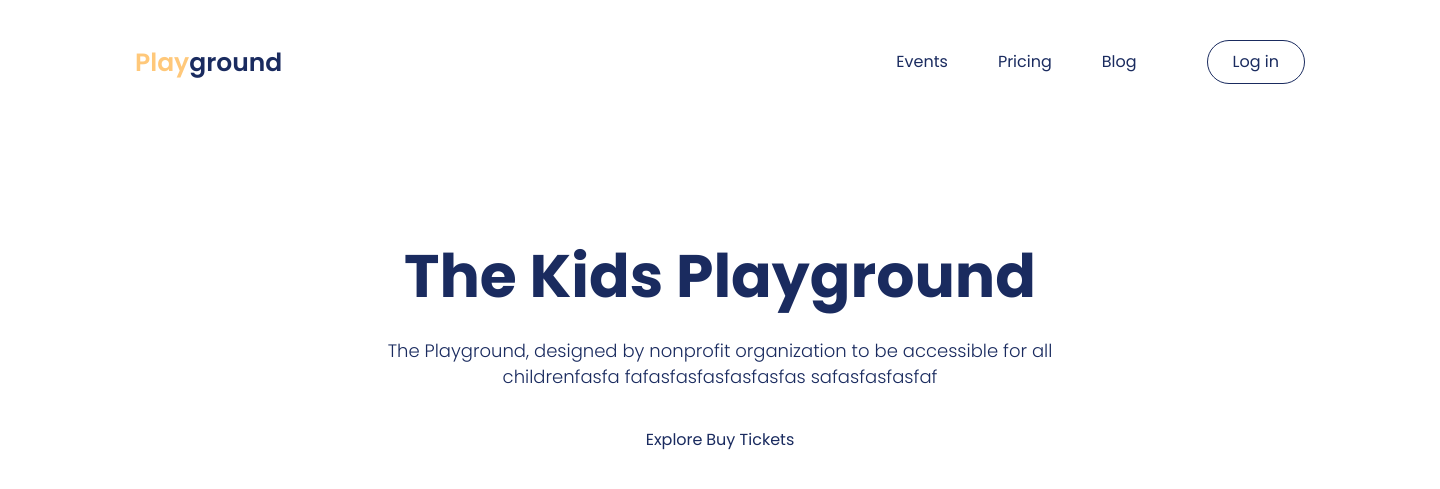
Repository: khuong30082000/the-playground
Page: index.html
These files come from the project's save history. The page is drawn as it stood at one moment and after the next save; the edit follows.
The browser window is 1280 px wide. The page is 1440 px wide, so the pictures cover 1440 px, including what lies to the right of the window. The pictures show the whole page.
The style sheet was rebuilt from its Sass, Less or Tailwind sources for each picture, by a compiler version that may differ from the author's.

Above is the page before, as saved 2022-04-25 13:23:09.

After the next save:
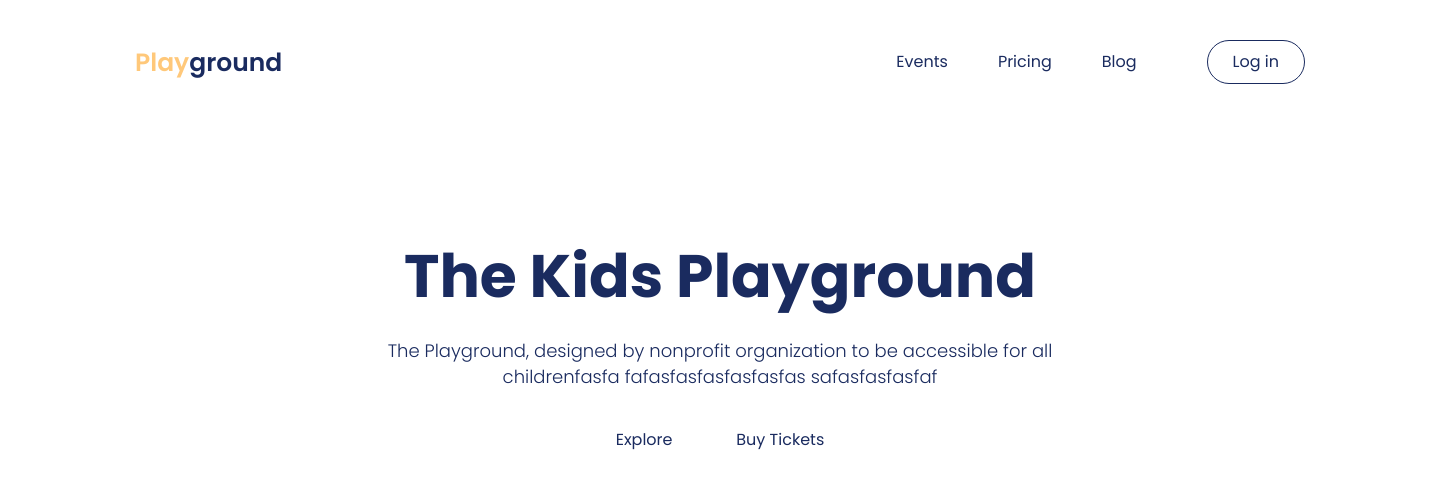
Saved 49 s later.
--- a/scss/_banner.scss
+++ b/scss/_banner.scss
@@ -19,6 +19,6 @@
         font-size: 1.6rem;
         text-align: center;
         color:$text-color;
-
+        padding:2rem 3rem;
     }
 }
